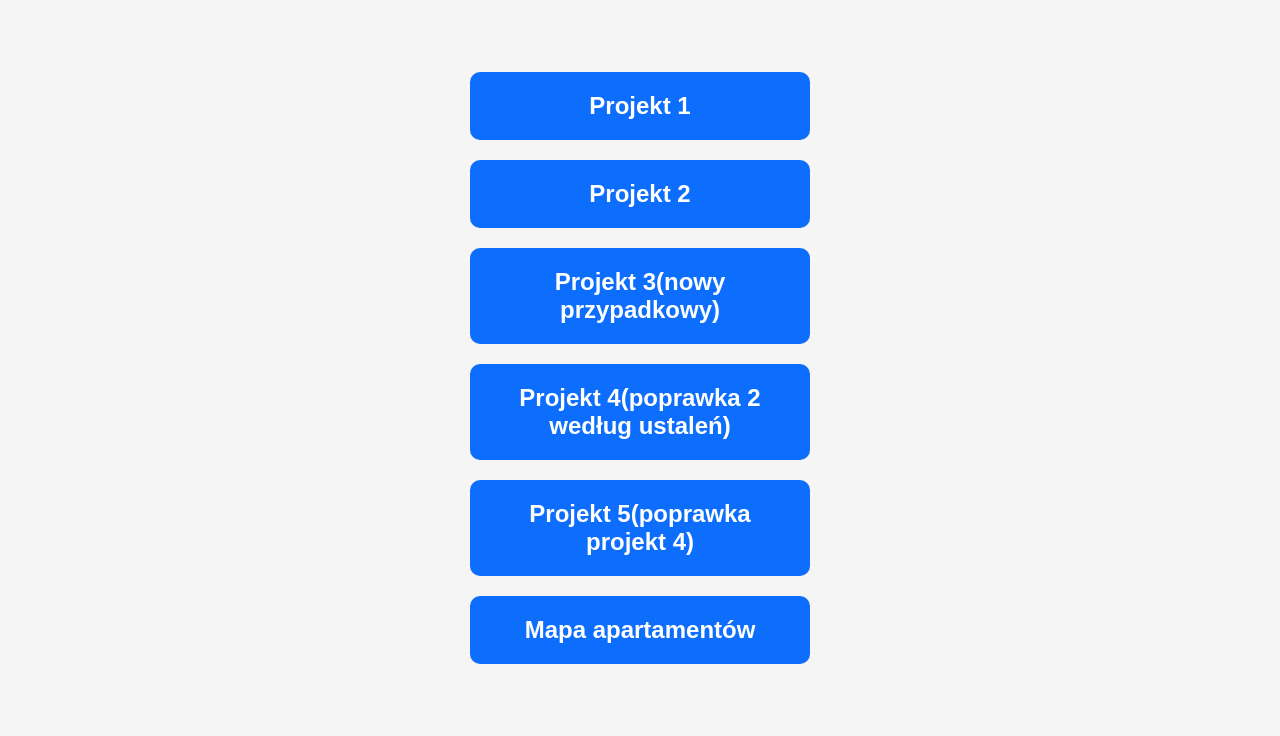
Repository: Adekbws/ogniskoKrynica.github.io
Page: index.html
An editor plug-in stored every save of this project. The page is shown before and after the next save, followed by the edit.
The browser window is 1280 px wide. The pictures show the whole page.

Above is the page before, as saved 2026-06-12 17:56:36.

After the next save:
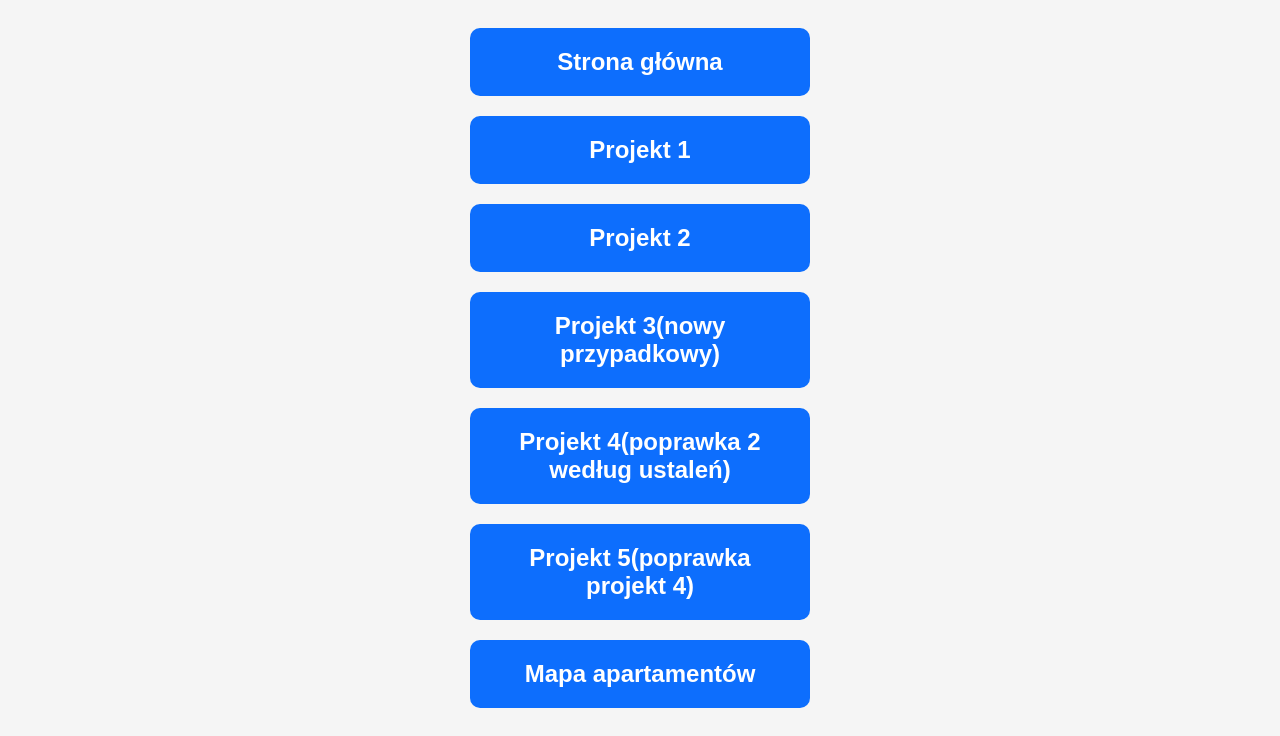
Saved 2 days later.
--- a/index.html
+++ b/index.html
@@ -36,6 +36,7 @@
     </style>
   </head>
   <body>
+    <a href="kp5/index.html">Strona główna</a>
     <a href="projekt1.html">Projekt 1</a>
     <a href="projekt2.html">Projekt 2</a>
     <a href="projekt3.html">Projekt 3(nowy przypadkowy)</a>
